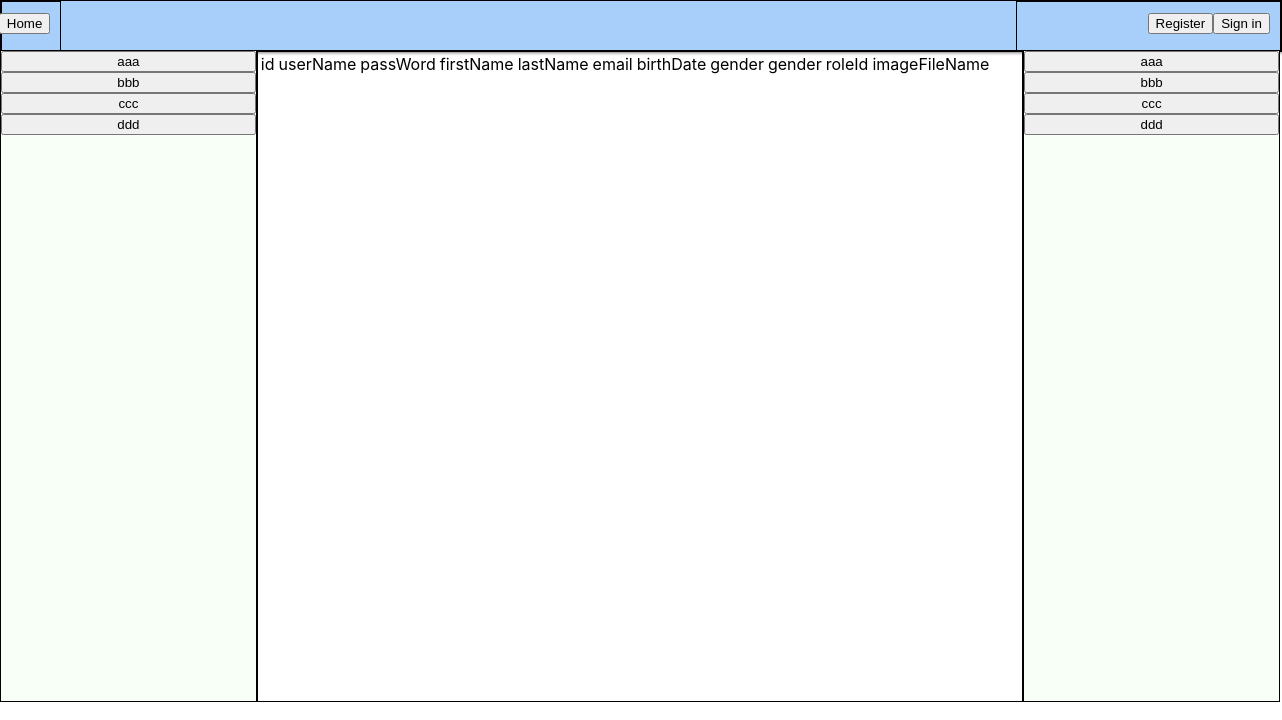
Repository: MichaelSodovski/website-client
Page: /users
The author's editor kept a copy of each file at every save. The page is drawn from the files as they stood at one save, then again after a run of saves.
The browser window is 1280 px wide. The page is 1282 px wide, so the pictures cover 1282 px, including what lies to the right of the window. The pictures show the whole page.
The page's requests for data from a server got no answer. The project was rebuilt for these pictures with package versions that can differ from the ones it lists, and the page was loaded fresh each time. No one was signed in, and anything a server would have sent is missing. Also part of the build but not shown: src/components/home/home.component.jsx, src/components/register/register.component.css, src/components/payment-info/payment.component.css, src/components/payment-info/payment.component.js, src/components/register/register.component.jsx, src/components/signIn/signIn.component.css, src/components/signIn/signIn.component.jsx.

Above is the page before, as saved 2022-05-14 22:16:54.

### public/index.html
<!DOCTYPE html>
<html lang="en">

<head>
    <meta charset="utf-8" />
    <link rel="icon" href="%PUBLIC_URL%/favicon.ico" />
    <meta name="viewport" content="width=device-width, initial-scale=1" />
    <meta name="theme-color" content="#000000" />
    <meta name="description" content="Web site created using create-react-app" />
    <link rel="apple-touch-icon" href="%PUBLIC_URL%/logo192.png" />
    <!--
      manifest.json provides metadata used when your web app is installed on a
      user's mobile device or desktop. See https://developers.google.com/web/fundamentals/web-app-manifest/
    -->
    <link rel="manifest" href="%PUBLIC_URL%/manifest.json" />
    <!--
      Notice the use of %PUBLIC_URL% in the tags above.
      It will be replaced with the URL of the `public` folder during the build.
      Only files inside the `public` folder can be referenced from the HTML.

      Unlike "/favicon.ico" or "favicon.ico", "%PUBLIC_URL%/favicon.ico" will
      work correctly both with client-side routing and a non-root public URL.
      Learn how to configure a non-root public URL by running `npm run build`.
    -->
    <title> site </title>
</head>

<body>
    <noscript>You need to enable JavaScript to run this app.</noscript>
    <div id="root"></div>
    <!--
      This HTML file is a template.
      If you open it directly in the browser, you will see an empty page.

      You can add webfonts, meta tags, or analytics to this file.
      The build step will place the bundled scripts into the <body> tag.

      To begin the development, run `npm start` or `yarn start`.
      To create a production bundle, use `npm run build` or `yarn build`.
    -->
</body>

</html>

### src/index.js
import React from 'react';
import ReactDOM from 'react-dom';
import './index.css';
import App from './App';
import reportWebVitals from './reportWebVitals';
import { BrowserRouter } from 'react-router-dom';

ReactDOM.render(
    <BrowserRouter>
        <React.StrictMode>
            <App />
        </React.StrictMode>
    </BrowserRouter>,
    document.getElementById('root')
);

// If you want to start measuring performance in your app, pass a function
// to log results (for example: reportWebVitals(console.log))
// or send to an analytics endpoint. Learn more: https://bit.ly/CRA-vitals
reportWebVitals();

### src/App.js
import './App.css';
import React from "react";
import { Route, Switch } from 'react-router-dom';
import Home from '../src/components/home/home.component'
import Menu from '../src/components/menu/menu.component';
import Register from '../src/components/register/register.component';
import NavigationBar from '../src/components/navigationBar/navigationBar.component';
import SignIn from '../src/components/signIn/signIn.component'
import Users from '../src/components/users/users.component'

export default function App() {
    return (
        <div className="App">
            <header className="App-header">
                <NavigationBar></NavigationBar>
            </header>
            <div className="layout-flexbox-container">
                <aside className="App-right-side_menu">
                    <Menu></Menu>
                </aside>
                <main className="App-main">
                    <Switch>
                        <Route path="/home">
                            <Home></Home>
                        </Route>
                        <Route path="/register">
                            <Register></Register>
                        </Route>
                        <Route path="/signin">
                            <SignIn></SignIn>
                        </Route>
                        <Route path="/users">
                            <Users></Users>
                        </Route>
                    </Switch>
                </main>
                <aside className="App-left-side_menu">
                    <Menu></Menu>
                </aside>
            </div>
        </div>
    );
}

### src/App.css
.App {
    display: flex;
    flex-direction: column;
}

.App-header {
    width: 100%;
    box-shadow: 3px 3px 3px grey;
    height: 50px;
}

.layout-flexbox-container {
    display: flex;
    flex-direction: row;
    width: 100%;
    height: 100%;
}

.App-main {
    border: 0.01px black solid;
    height: 650px;
    width: 100px;
    flex: 3;
}

.App-left-side_menu {
    display: flex;
    flex-direction: column;
    background-color: #F7FFF7;
    border: 0.01px black solid;
    height: 650px;
    flex: 1;
}

.App-right-side_menu {
    background-color: #F7FFF7;
    border: 0.01px black solid;
    height: 650px;
    flex: 1;
}

### src/components/menu/menu.component.jsx
import '../menu/menu.component.css';

export default function Menu() {

    return (
        <div className="menu-flex-container">
            <button> aaa </button>
            <button> bbb </button>
            <button> ccc </button>
            <button> ddd </button>
        </div>
    );
}

### src/components/navigationBar/navigationBar.component.jsx
import React from 'react';
import '../navigationBar/navigationBar.component.css'
import { Link } from 'react-router-dom';

export default function NavigationBar() {


    return (
        <div className="navBar-main-container">
            <div className="navigationBar-right-form-container">
                <Link to="/home">
                    <button >Home</button>
                </Link>
            </div>
            <div className="navigationBar-left-form-container">
                <Link to="/register">
                    <button>Register</button>
                </Link>
                <Link to="/signin">
                    <button>Sign in</button>
                </Link>
            </div>
        </div>
    );
}

### src/components/users/users.component.jsx
import React from 'react';
import { useEffect, useState } from 'react';

export default function Users() {

    useEffect(() => {
        let usersArr = [];
        fetch('/getUSers').then(response => response.json())
            .then(users => {
                for (var i in users) {
                    usersArr.push(users[i]);
                }
            });
        console.log(usersArr);
    }, [])

    return (
        <div>
            <table>
                <tr>
                    <td>
                        id
                    </td>
                    <td>
                        userName
                    </td>
                    <td>
                        passWord
                    </td>
                    <td>
                        firstName
                    </td>
                    <td>
                        lastName
                    </td>
                    <td>
                        email
                    </td>
                    <td>
                        birthDate
                    </td>
                    <td>
                        gender
                    </td>
                    <td>
                        gender
                    </td>
                    <td>
                        roleId
                    </td>
                    <td>
                        imageFileName
                    </td>
                </tr>
            </table>
        </div>
    );
}

### src/components/menu/menu.component.css
.menu-flex-container {
    display: flex;
    flex-direction: column;
}

### src/components/navigationBar/navigationBar.component.css
.navBar-main-container {
    display: flex;
    justify-content:space-between;
    border: 1px black solid;
    width: 100%;
    height: 100%;
    background-color: rgb(168, 206, 250);
}

.navigationBar-left-form-container {
    display: flex;
    flex-direction: row;
    justify-content: flex-end;
    border: 1px black solid;
    width: 19%;
    padding: 10px;
}

.navigationBar-right-form-container {
    display: flex;
    flex-direction: row;
    justify-content: flex-end;
    border: 1px black solid;
    width: 3%;
    padding: 10px;
}

Loaded but not shown: src/index.css (common file); src/reportWebVitals.js (common file)

After the next 8 saves:
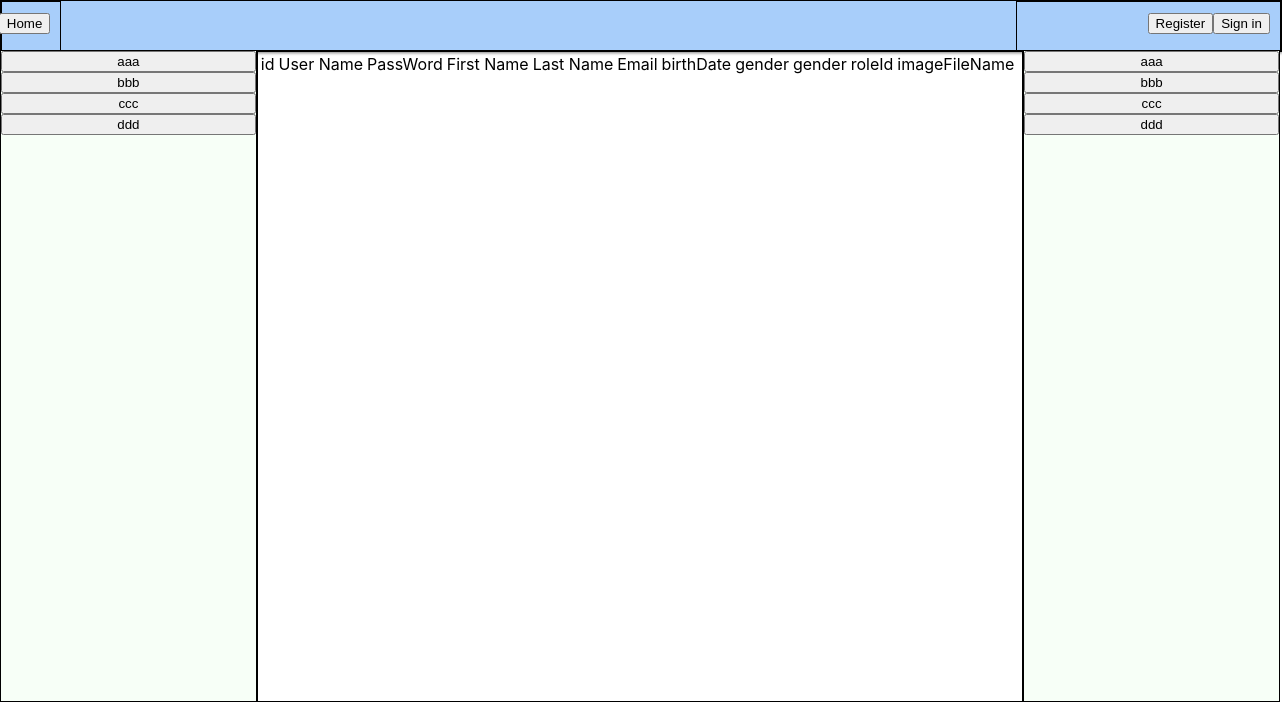
The 8 saves are shown as one change because they came seconds apart.
The last was saved 23 s later.
--- a/src/components/users/users.component.jsx
+++ b/src/components/users/users.component.jsx
@@ -22,19 +22,19 @@ export default function Users() {
                         id
                     </td>
                     <td>
-                        userName
+                        User Name
                     </td>
                     <td>
-                        passWord
+                        PassWord
                     </td>
                     <td>
-                        firstName
+                        First Name
                     </td>
                     <td>
-                        lastName
+                        Last Name
                     </td>
                     <td>
-                        email
+                        Email
                     </td>
                     <td>
                         birthDate
